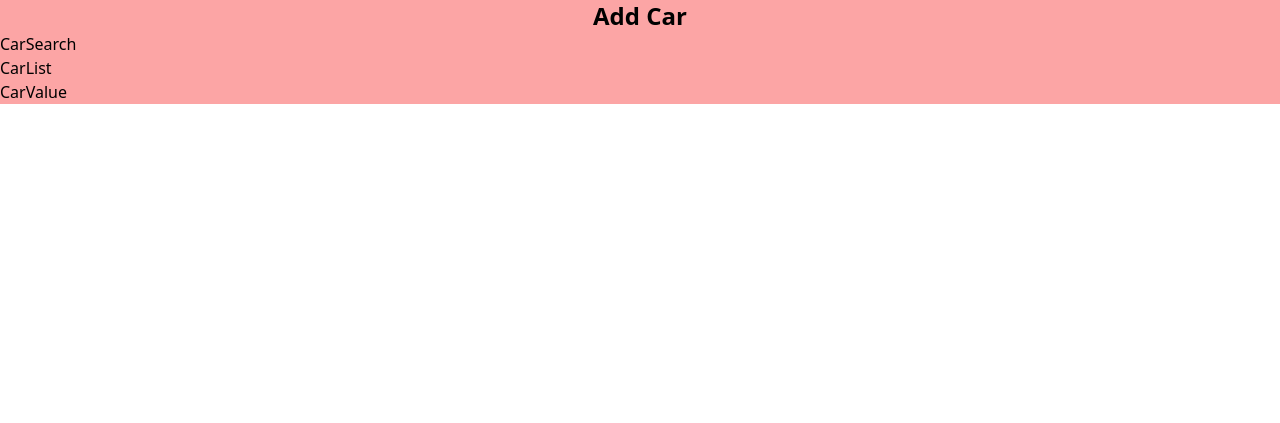
Repository: Marhamat92/carsappreduxtoolkit
Page: /
An editor plug-in stored every save of this project. The page is shown before and after the next save, followed by the edit.
The browser window is 1280 px wide. The pictures show the whole page.
The project was rebuilt for these pictures with package versions that can differ from the ones it lists, and the page was loaded fresh each time.

Above is the page before, as saved 2023-01-23 20:58:42.

### src/index.js
import React from 'react';
import ReactDOM from 'react-dom/client';
import './index.css';
import App from './App';
import { Provider } from 'react-redux';
import { store } from './store'


const root = ReactDOM.createRoot(document.getElementById('root'));
root.render(
  <Provider store={store}>
    <App />
  </Provider>
);

### src/App.js
import CarForm from "./components/CarForm";
import CarList from "./components/CarList";
import CarSearch from "./components/CarSearch";
import CarValue from "./components/CarValue";


function App() {
  return (
    <div className="container mx-auto  bg-red-300">
      <CarForm />
      <CarSearch />
      <CarList />
      <CarValue />
    </div>
  );
}

export default App;

### src/store/index.js
import { configureStore } from "@reduxjs/toolkit";
import {
  carsReducer,
  addCar,
  removeCar,
  changeSearchTerm,
} from "./slices/carsSlice";
import { formReducer, changeName, changeCost } from "./slices/formSlice";

const store = configureStore({
  reducer: {
    cars: carsReducer,
    form: formReducer,
  },
})

export { store, addCar, removeCar, changeSearchTerm, changeName, changeCost };

### src/components/CarForm.js
import React from 'react'

function CarForm() {
  return (
    <div className='flex items-center justify-center'>
      <h1 className='font-bold text-2xl' >Add Car</h1>
      <div className='mt-4'>

      </div>
    </div>
  )
}

export default CarForm

### src/components/CarList.js
import React from 'react'

function CarList() {
  return (
    <div>CarList</div>
  )
}

export default CarList

### src/components/CarSearch.js
import React from 'react'

function CarSearch() {
  return (
    <div>CarSearch</div>
  )
}

export default CarSearch

### src/components/CarValue.js
import React from 'react'

function CarValue() {
  return (
    <div>CarValue</div>
  )
}

export default CarValue

### src/store/slices/carsSlice.js
import { createSlice, nanoid } from '@reduxjs/toolkit';

const carsSlice = createSlice({
  name: 'cars',
  initialState: {
    cars: [],
    searchTerm: ''
  },
  reducers: {
    changeSearchTerm(state, action) {
      state.searchTerm = action.payload;
    },
    addCar(state, action) {
      //Assumption:
      //action.payload is an object with the following properties:
      //name, cost, id
      state.cars.push({
        name: action.payload.name,
        cost: action.payload.cost,
        id: nanoid()
      })
    },
    removeCar(state, action) {
      //Assumption:
      //action.payload is the id of the car to remove
      const updatedCars = state.cars.filter((car) => {
        return car.id !== action.payload;
      })
      state.cars = updatedCars;
    }

  }
})

export const { changeSearchTerm, addCar, removeCar } = carsSlice.actions;
export const carsReducer = carsSlice.reducer;

### src/store/slices/formSlice.js
import { createSlice } from '@reduxjs/toolkit';

const formSlice = createSlice({
  name: 'form',
  initialState: {
    name: '',
    cost: 0
  },
  reducers: {
    changeName(state, action) {
      state.name = action.payload;
    },
    changeCost(state, action) {
      state.cost = action.payload;
    }
  }
})

export const { changeName, changeCost } = formSlice.actions;
export const formReducer = formSlice.reducer;

Loaded but not shown: public/index.html (common file); src/index.css (common file); tailwind.config.js (common file)

After the next save:
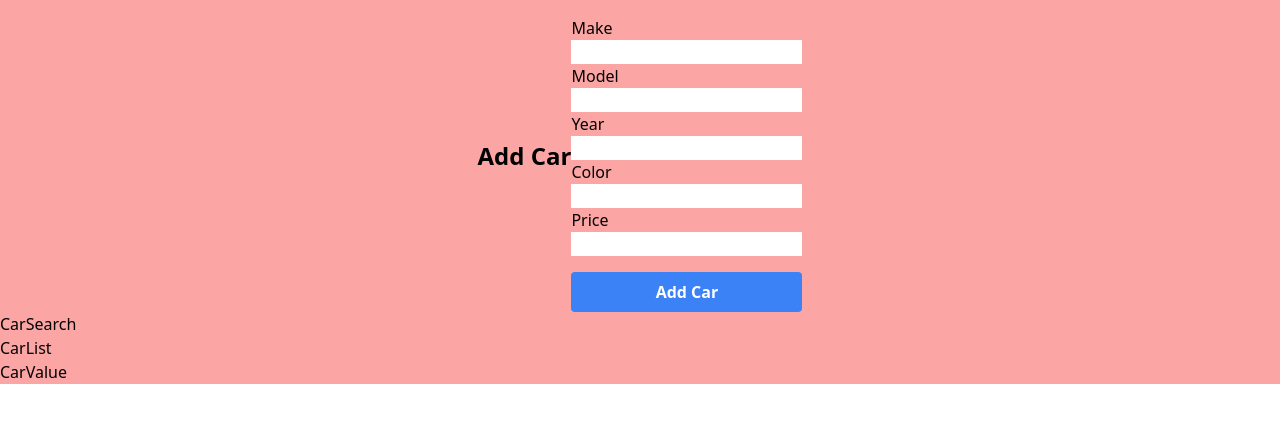
Saved 33 s later.
--- a/src/components/CarForm.js
+++ b/src/components/CarForm.js
@@ -5,7 +5,19 @@ function CarForm() {
     <div className='flex items-center justify-center'>
       <h1 className='font-bold text-2xl' >Add Car</h1>
       <div className='mt-4'>
-
+        <form className='flex flex-col'>
+          <label htmlFor='make'>Make</label>
+          <input type='text' name='make' id='make' />
+          <label htmlFor='model'>Model</label>
+          <input type='text' name='model' id='model' />
+          <label htmlFor='year'>Year</label>
+          <input type='text' name='year' id='year' />
+          <label htmlFor='color'>Color</label>
+          <input type='text' name='color' id='color' />
+          <label htmlFor='price'>Price</label>
+          <input type='text' name='price' id='price' />
+          <button className='bg-blue-500 hover:bg-blue-700 text-white font-bold py-2 px-4 rounded mt-4' type='submit'>Add Car</button>
+        </form>
       </div>
     </div>
   )
